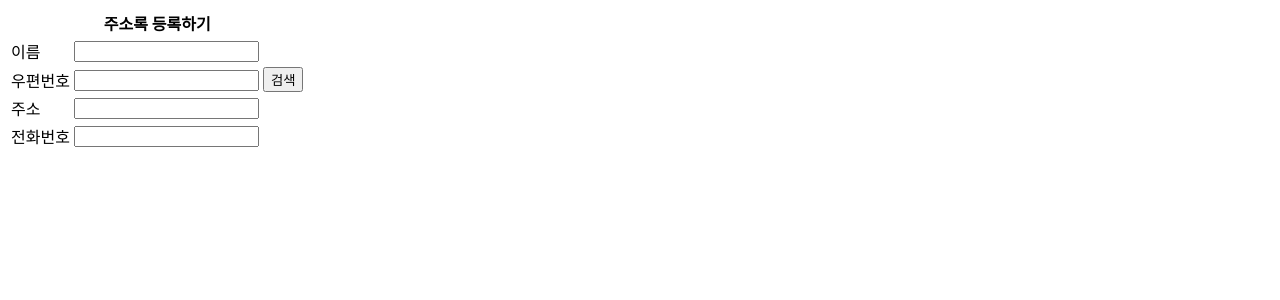
Repository: BosuMamemon/JSP_work
Page: http://localhost/JSP_Project/address/02-28 insert.jsp
These files come from the project's save history. The page is drawn as it stood at one moment and after the next save; the edit follows.
The browser window is 1280 px wide. The pictures show the whole page.
The page is served by Tomcat 9. Other server files are loaded and not shown.

Above is the page before, as saved 2025-02-28 01:11:24.

### workspace/JSP_Project/src/main/webapp/address/02-28 insert.jsp
<%@ page language="java" contentType="text/html; charset=UTF-8"
    pageEncoding="UTF-8"%>
<!DOCTYPE html>
<html>
	<head>
	<meta charset="UTF-8">
	<title>Insert</title>
	</head>

	<body>
		<form>
			<table>
				<tr>
					<th colspan="2">주소록 등록하기</th>
				</tr>
				<tr>
					<td>이름</td>
					<td><input type="text" name="name" id="name"></td>
				</tr>
				<tr>
					<td>우편번호</td>
					<td>
						<input type="text" name="zipCode" id="zipCode">
						<button type="button" id="zipCodeButton">검색</button>
					</td>
				</tr>
				<tr>
					<td>주소</td>
					<td><input type="text" name="address" id="address"></td>
				</tr>
				<tr>
					<td>전화번호</td>
					<td><input type="tel" name="tel" id="tel"></td>
				</tr>
				<tr>
					<td></td>
					<td></td>
				</tr>
			</table>
		</form>
	</body>
</html>

After the next save:
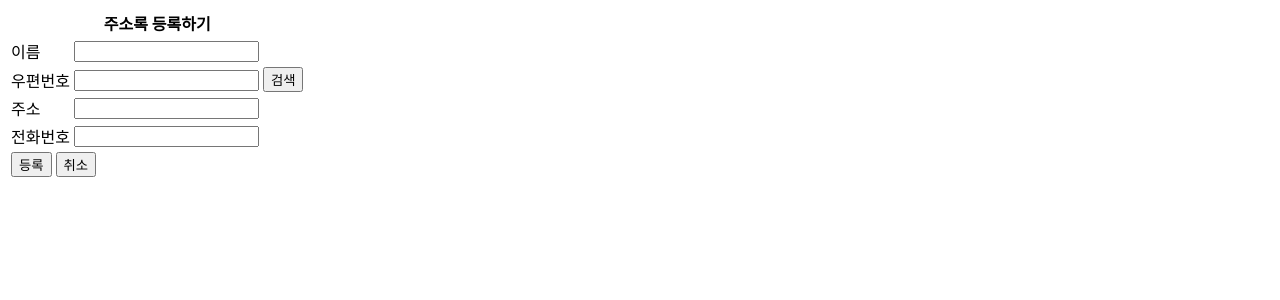
Saved 42 s later.
--- a/workspace/JSP_Project/src/main/webapp/address/02-28 insert.jsp
+++ b/workspace/JSP_Project/src/main/webapp/address/02-28 insert.jsp
@@ -33,8 +33,10 @@
 					<td><input type="tel" name="tel" id="tel"></td>
 				</tr>
 				<tr>
-					<td></td>
-					<td></td>
+					<td colspan="2">
+						<button type="button">등록</button>
+						<button type="button">취소</button>
+					</td>
 				</tr>
 			</table>
 		</form>
